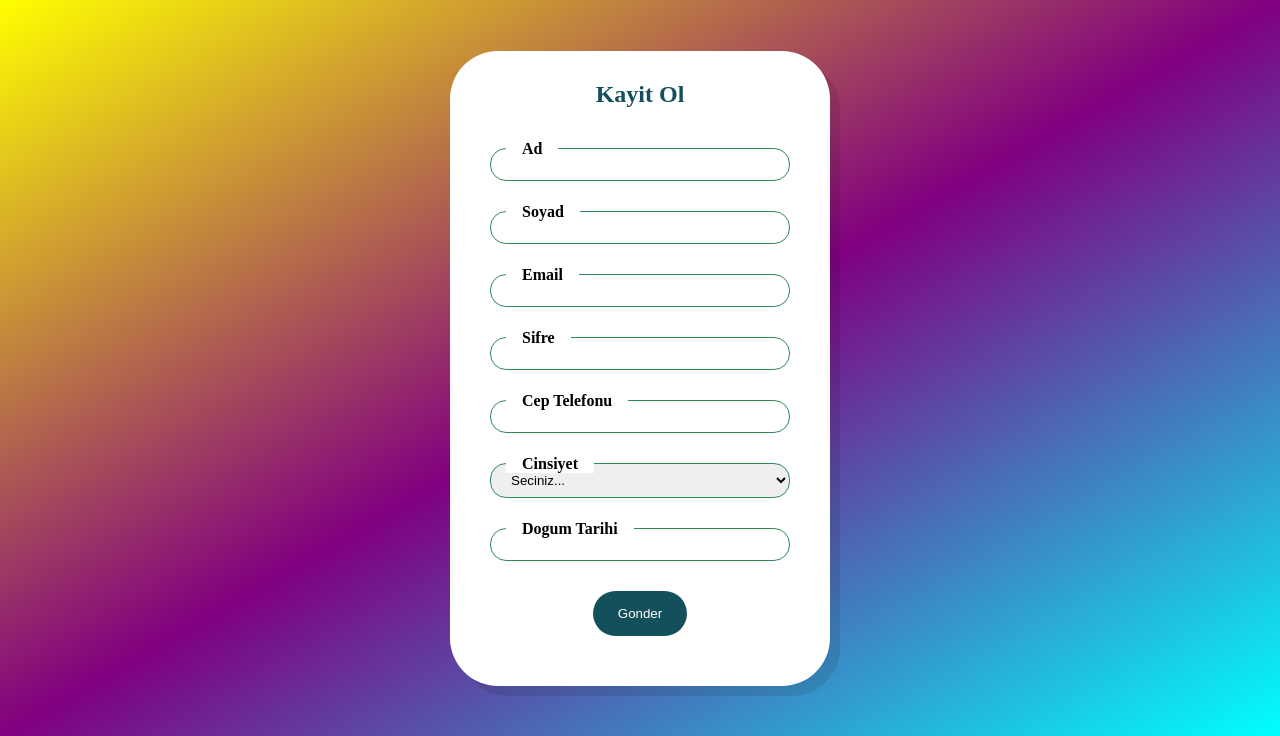
Repository: aenesyvz/web-programming-project
Page: http://localhost/test4/index2.jsp
These files come from the project's save history. The page is drawn as it stood at one moment and after the next save; the edit follows.
The browser window is 1280 px wide. The pictures show the whole page.
The page is served by Tomcat 9. Other server files are loaded and not shown.

Above is the page before, as saved 2023-05-12 07:54:41.
Console error: SyntaxError: Unexpected token ')'

### test/test4/src/main/webapp/index2.jsp
<%@ page language="java" contentType="text/html; charset=ISO-8859-1"
    pageEncoding="ISO-8859-1"%>
<!DOCTYPE html>
<html>
<head>
<meta charset="ISO-8859-1">
<title>Insert title here</title>
 <link rel="stylesheet" href="css/index.css">
</head>
<body>

	<section>
    <div class="container">
       <h2 class="title">Kayit Ol</h2>
        <form class="form" action="worldServlet"  method="POST" enctype="multipart/form-data"
							>
                    <div class='formInput'>
                        <div class="form-label">Ad</div>
                        <div class='input-group'>
                            <input class="form__input" id="firstName" name="firstName"  />
                        </div>
                            <p id="firstNameError" style="color: red;position: absolute;margin-bottom: -50px"></p>
                    </div>
                      <div class='formInput'>
                        <div class="form-label">Soyad</div>
                        <div class='input-group'>
                            <input class="form__input" id="lastName" name="lastName" />
                        </div>
                            <p id="lastNameError" style="color: red;position: absolute;margin-bottom: -50px"></p>
                    </div>

                     <div class='formInput'>
                        <div class="form-label">Email</div>
                        <div class='input-group'>
                            <input class="form__input" id="email" name="email" />
                        </div>
                            <p id="emailError" style="color: red;position: absolute;margin-bottom: -50px"></p>
                    </div>

                     <div class='formInput'>
                        <div class="form-label">Sifre</div>
                        <div class='input-group'>
                            <input class="form__input" id="password" name="password" />
                        </div>
                            <p id="passwordError" style="color: red;position: absolute;margin-bottom: -50px"></p>
                    </div>

                    <div class='formInput'>
                        <div class="form-label">Cep Telefonu</div>
                        <div class='input-group'>
                            <input class="form__input" id="phoneNumber" name="phoneNumber" />
                        </div>
                           <p id="phoneNumberError" style="color: red;position: absolute;margin-bottom: -50px"></p>
                    </div>

                     <div class='formInput'>
                        <div class="form-label">Cinsiyet</div>
                        <div class='input-group'>
                            <select name="gender" class="form__input" id="gender" style="padding-right: 5px">
 <option value="-1">Seciniz...</option>
  <option value="Erkek">Erkek</option>
  <option value="Kadin">Kadin</option>
</select>
                        </div>
                           <p id="genderError" style="color: red;position: absolute;margin-bottom: -42px"></p>
                    </div>

                     <div class='formInput'>
                        <div class="form-label">Dogum Tarihi</div>
                        <div class='input-group'>
                            <input class="form__input" id="dateOfBirth" name="dateOfBirth" />
                        </div>
                           <p id="dateOfBirthError" style="color: red;position: absolute;margin-bottom: -50px"></p>
                    </div>

                    <div class="button-submit">
                        <input class="submitButton" type="submit" value="Gonder"></input>
                    </div>
                </form>

    </div>
   </section>


	<script src="https://code.jquery.com/jquery-3.6.0.min.js"></script>
	<script>
		$(document).ready(function(){
			let existsForFirstName = false;
			let existsForLastName = false;
			let existsForEmail = false;
			let existsForGender = false;
			let existsForPassword = false;
			let existsForPhoneNumber = false;
			let existsForDateOfBirth = false;

			function isEmpty(input,elementId,errorMessage){
				if(input.trim() === ""){
					$(elementId).html(" * "+errorMessage +" bos gecilemez");
					return true;
				}else{
					$(elementId).html("");
					return false;
				}
			}


			function validateFirstName(){
				let firstName = $("#firstName").val();
				existsForFirstName =  isEmpty(firstName,"#firstNameError","Isim");
			}

			function validateLastName(){
				let lastName = $("#lastName").val();
				existsForLastName = isEmpty(lastName,"#lastNameError","Soyad");
			}

			function validateEmail(){
				let email = $("#email").val();
				existsForEmail = isEmpty(email,"#emailError","Email");
			}

			function validateGender() {
				let gender = $("#gender").val();
				if(gender == -1){
					$("#genderError").html(" * Cinsiyet bos gecilemez");
					existsForGender = true;
				}else{
					$("#genderError").html("");
					existsForGender = false;
				}
			}

			function validatePassword() {
				let password = $("#password").val();
				existsForPassword = isEmpty(password,"#passwordError","Sifre");
			}

			function validateDateOfBirth(){
				let dateOfBirth = $("#dateOfBirth").val();
				existsForDateOfBirth = isEmpty(dateOfBirth,"#dateOfBirthError","Dogum tarih");
			}

			function validatePhoneNumber() {
				let phoneNumber = $("#phoneNumber").val();
				existsForPhoneNumber = isEmpty(phoneNumber,"#phoneNumberError","Telefon numarasi");
			}


			 $(".form").submit(function (e) {
				   	e.preventDefault();
				   	validateFirstName();
				    validateLastName();
				    validateEmail();
				    validateGender();
				    validatePassword();
				    validateDateOfBirth();
				    validatePhoneNumber();
				    if (
				    		!existsForFirstName &&
							!existsForLastName &&
							!existsForEmail &&
							!existsForGender &&
							!existsForPassword &&
							!existsForPhoneNumber &&
							!existsForDateOfBirth &&
				    ) {
		                   this.submit();

				    } else {
				    	 alert('Hata!');
				    }
				  });
		})
	</script>



</body>
</html>

### test/test4/src/main/webapp/css/index.css
* {
    box-sizing: border-box;
  }

  body {
    overflow-x: hidden;
    min-height: 100vh;
    display:flex;
	justify-content:center;
	align-items:center;
    background:
        linear-gradient(to left top, rgba(0, 255, 255, 1) 0%/*bottom-right color*/, rgba(255, 0, 255, 0.5) 50% /*middle color*/, rgba(255, 255, 0, 1) 100% /*top-left color*/),
        linear-gradient(rgba(0, 0, 0, 1), rgba(0, 0, 0, 1))/*"faked" black background make sure to add last or it will appear before the transparent/colored layer*/;
  }

   img{
    max-width: 100%;
    height: auto;
  }

  .grid{
  	display:grid;
  	grid-template-columns:1fr 1fr;
  }
  .container{
  	display:flex;
	justify-content:center;
	align-items:center;
	flex-direction:column;
	margin:auto;

    padding:20px 10px;
    background-color: #ffffff;
    box-shadow: 10px 10px rgba(0, 0, 0, 0.096);
    border-radius:3rem;
  }

  .container-info{
  display:flex;
	justify-content:center;
	align-items:center;
	flex-direction:column;
	margin:auto;

    padding:20px 10px;
    background-color: #ffffff;
    box-shadow: 10px 10px rgba(0, 0, 0, 0.096);
    border-radius:3rem;
  	width:60rem;
  }

.title{
	display:flex;
	justify-content:center;
	align-items:center;
	margin:10px  auto;
	color: hsl(190, 64%, 22%);
}
.displayImage{
	 display: flex;
    	align-items: center;
    	justify-content: center;

}

.form{
	margin:30px;
}
.formInput{
    display: flex;
    margin-bottom: 30px;
    align-items: center;
    justify-content: space-between;
    position: relative;

}
.form-label{
    padding: 0 1rem;
    background-color: white;
    font-size: 16px;
    font-weight: bold;
    text-transform: capitalize;
    position: absolute;
    z-index: 1;
    left: 1rem;
    top: -.5rem;
    text-align: left;
}

.input-group{
    position: relative;
    margin: auto 0;
}

.form__input{
    width: 300px;
    /* background-color: rgba(203, 201, 201,.9); */
    border: none;
    padding: .5rem 1rem;
    border-radius: 1rem;
    outline: none;
    border:1px solid seagreen;
    border-radius: 1rem;
}

.submitButton{
	display:flex;
	justify-content:center;
	align-items:center;
	padding:15px 25px;
	margin:0 auto;
	background-color:hsl(190, 64%, 22%);
	color:#ffffff;
	border:none;
	border-radius:2rem;
}

After the next save:
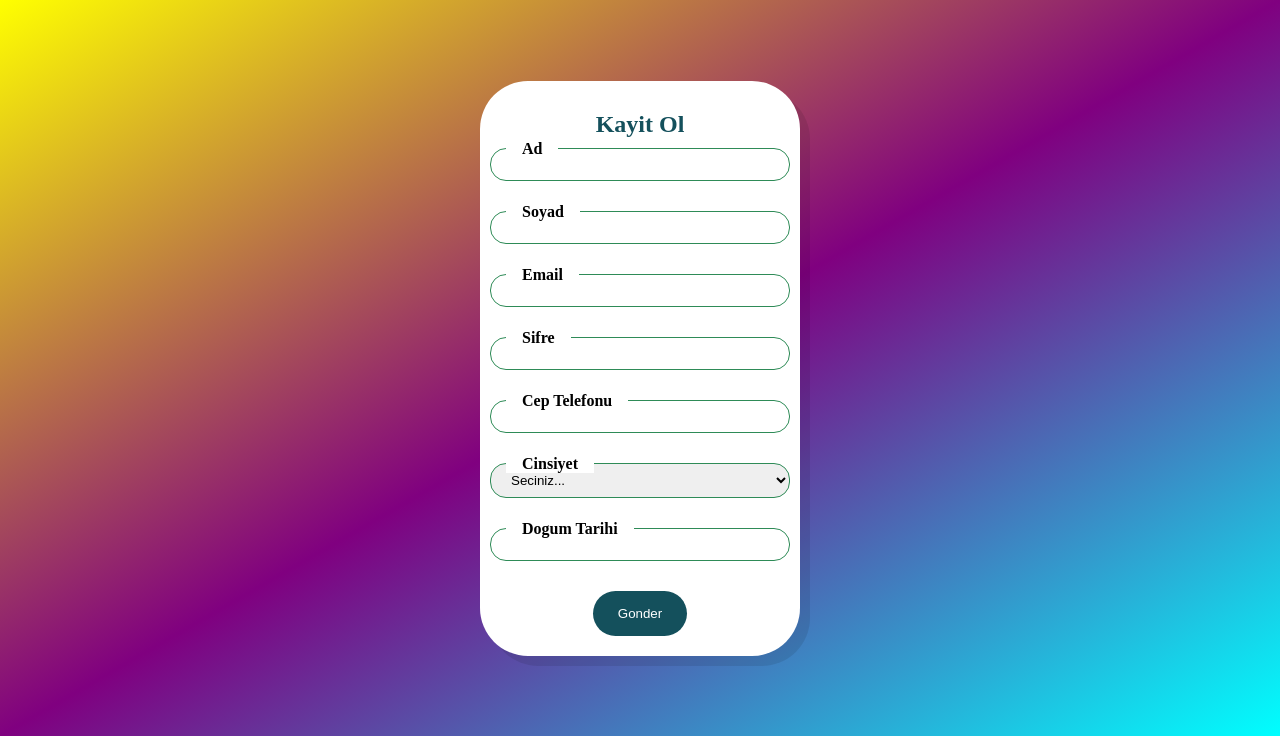
Saved 62 s later.
--- a/test/test4/src/main/webapp/index2.jsp
+++ b/test/test4/src/main/webapp/index2.jsp
@@ -12,7 +12,7 @@
 	<section>
     <div class="container">
        <h2 class="title">Kayit Ol</h2>
-        <form class="form" action="worldServlet"  method="POST" enctype="multipart/form-data"
+        <form class="form2" action="worldServlet"  method="POST" enctype="multipart/form-data"
 							>
                     <div class='formInput'>
                         <div class="form-label">Ad</div>
@@ -146,7 +146,7 @@
 			}
 
 
-			 $(".form").submit(function (e) {
+			 $(".form2").submit(function (e) {
 				   	e.preventDefault();
 				   	validateFirstName();
 				    validateLastName();

After the save that followed:
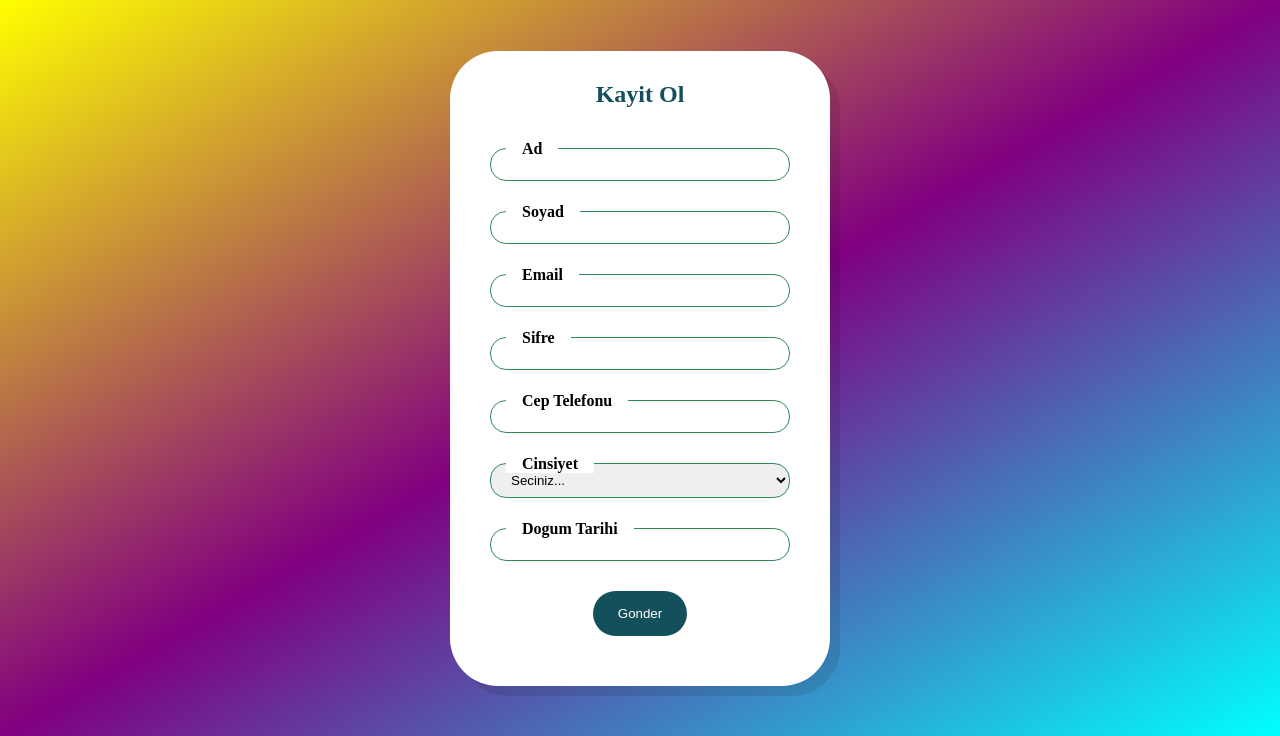
Saved 36 s later.
--- a/test/test4/src/main/webapp/css/index.css
+++ b/test/test4/src/main/webapp/css/index.css
@@ -63,7 +63,7 @@
 
 }
 
-.form{
+.form, .form2{
 	margin:30px;
 }
 .formInput{
